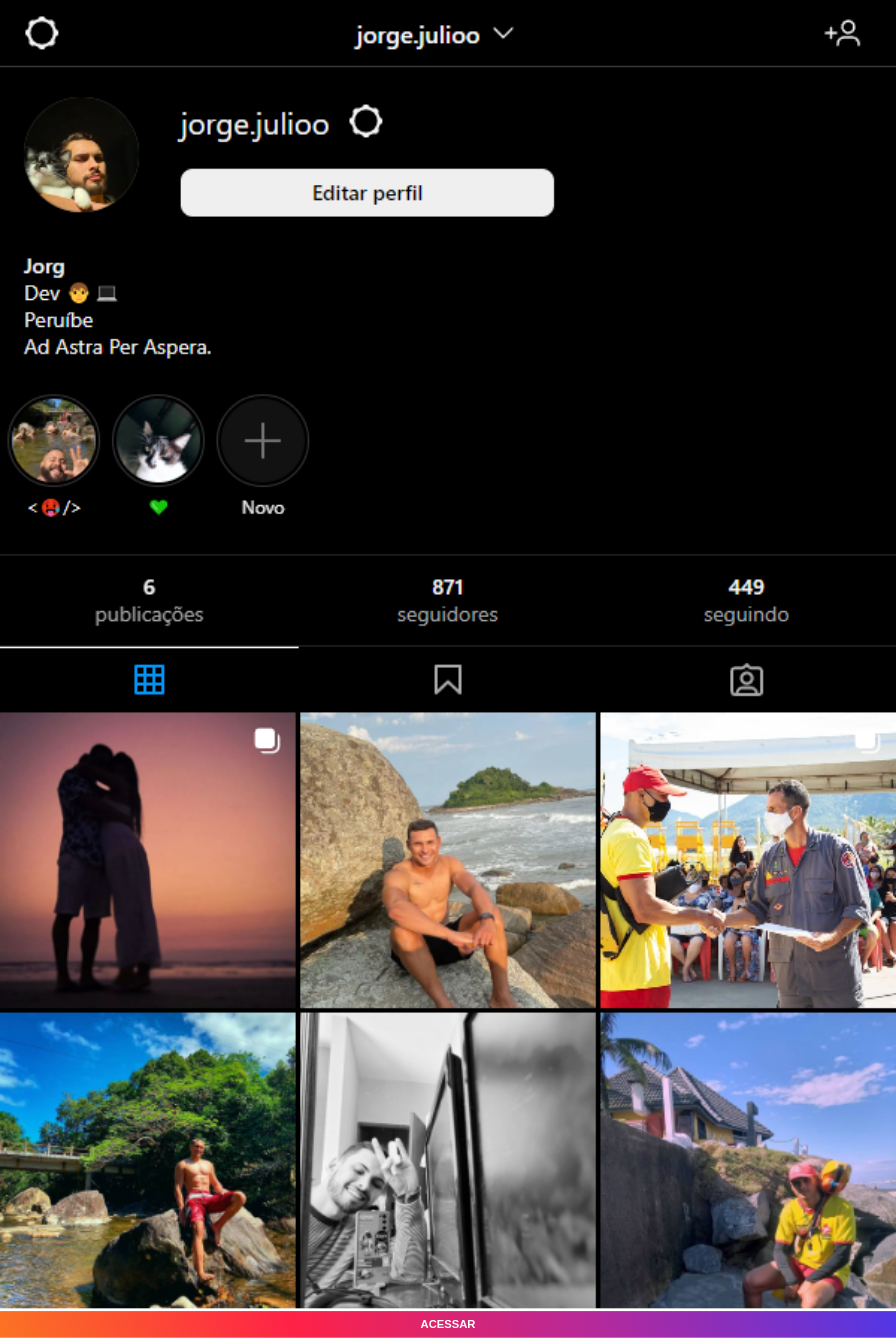
Repository: jorgprado/curso-html-css-Guanabara
Page: exec-pg-social/instagram.html
An editor plug-in stored every save of this project. The page is shown before and after a run of saves, followed by the edit.
The browser window is 1280 px wide. The pictures show the whole page, at 70% of full size.
The pointer rests on the first visible `a.insta`.

Above is the page before, as saved 2023-05-24 12:00:42.

After the next 5 saves:
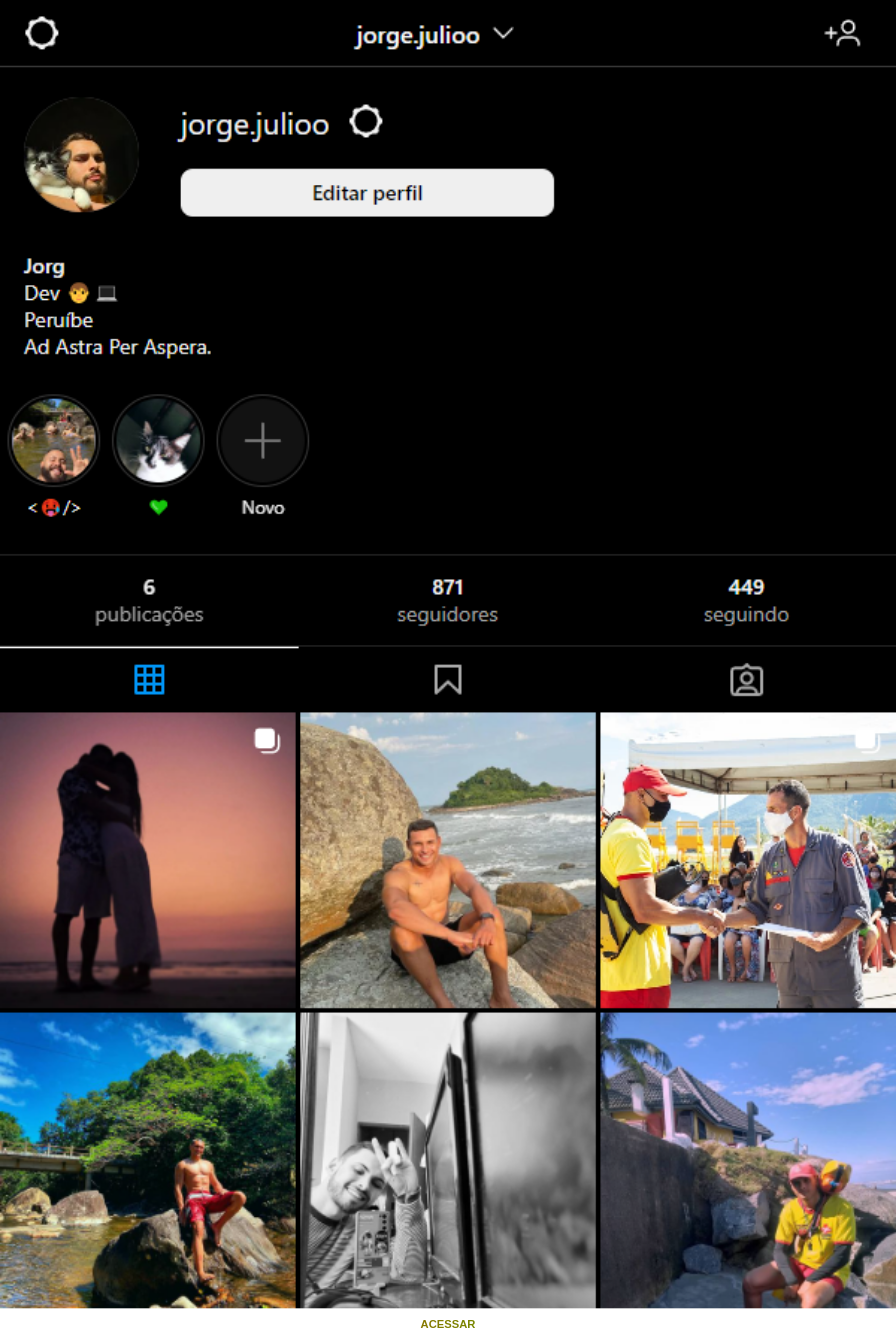
The 5 saves are shown as one change because they came seconds apart.
The last was saved 2 min 19 s later.
--- a/exec-pg-social/estilo/social.css
+++ b/exec-pg-social/estilo/social.css
@@ -40,7 +40,8 @@
 }
 
 a.insta:hover{
-    background-color: white;
-    color-
+    background: linear-gradient(to right, #ff0000, #00ff00);
+    -webkit-background-clip: text;
+    -webkit-text-fill-color: transparent;
     transition: ease-in 100ms;
 }
